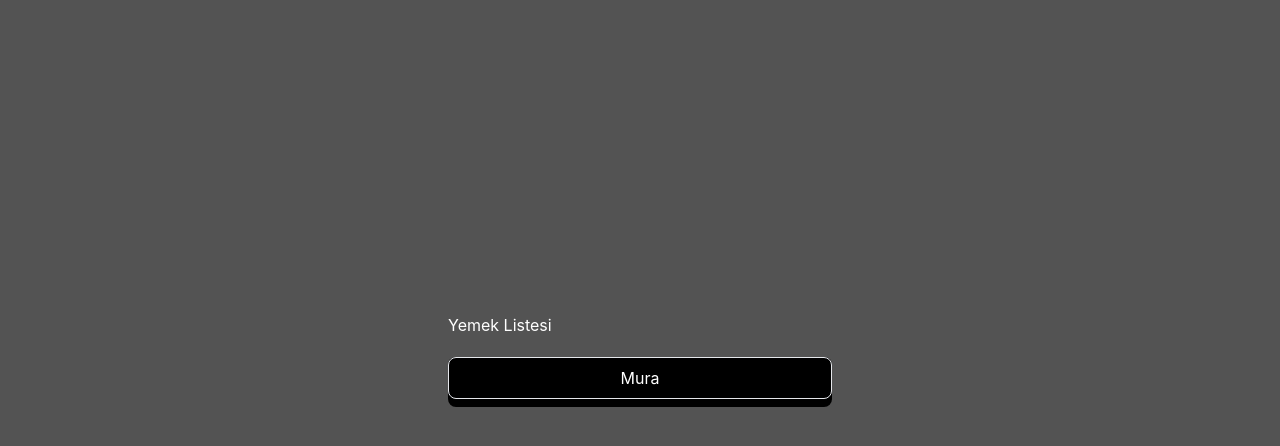
Repository: muratyildiz63/Composition-API-Nedir-todo-list
Page: /
These files come from the project's save history. The page is drawn as it stood at one moment and after the next save; the edit follows.
The browser window is 1280 px wide. The pictures show the whole page.
The project was rebuilt for these pictures with package versions that can differ from the ones it lists, and the page was loaded fresh each time. Also part of the build but not shown: vite.config.js.

Above is the page before, as saved 2022-08-15 18:52:14.

After the next save:
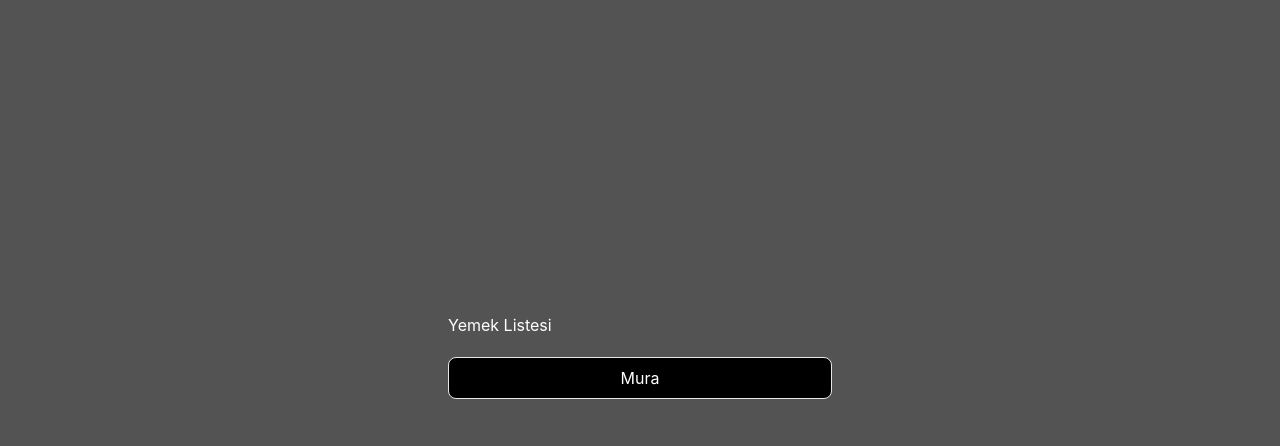
Saved 10 s later.
--- a/src/App.vue
+++ b/src/App.vue
@@ -4,13 +4,14 @@
 
     <div class="flex justify-center">
       <div
-        class="bg-black rounded-lg   w-96 "      >
+        class="rounded-lg   w-96 "      >
 
 
 
      <div
           aria-current="true"
           class="
+          bg-black
             block
             mb-2
             px-6
